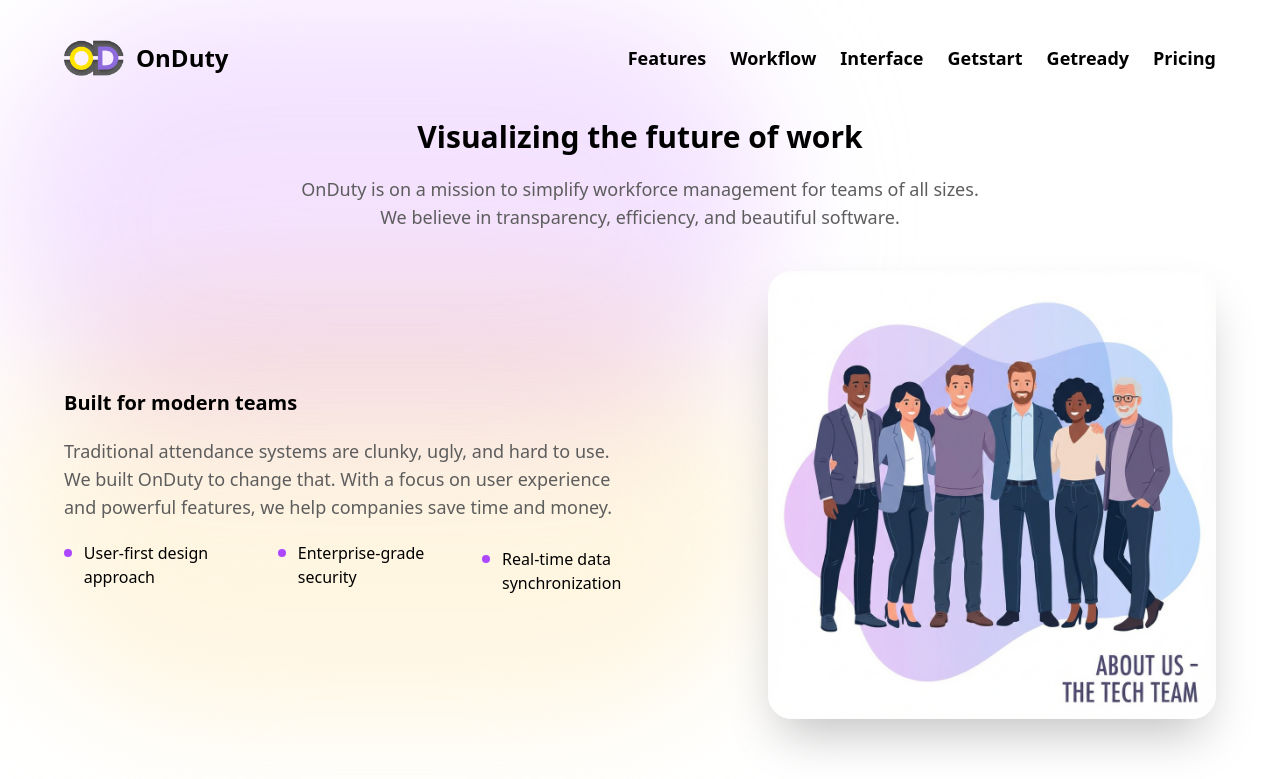
Repository: shekharzorin/ONDUTY-V1
Page: /about
An editor plug-in stored every save of this project. The page is shown before and after the next save, followed by the edit.
The browser window is 1280 px wide. The pictures show the whole page.
The project was rebuilt for these pictures with package versions that can differ from the ones it lists, and the page was loaded fresh each time. The framework's server and built-in components were replaced by stand-ins that run in the browser. Also part of the build but not shown: next.config.mjs, vite.config.js, app/components/ui/Crossicon.tsx.

Above is the page before, as saved 2026-01-17 16:13:32.

### app/layout.tsx
import type { Metadata } from "next";
import { Geist, Geist_Mono } from "next/font/google";
import "./globals.css";
import Navbar from "./components/header/Navbar";

const geistSans = Geist({
  variable: "--font-geist-sans",
  subsets: ["latin"],
});

const geistMono = Geist_Mono({
  variable: "--font-geist-mono",
  subsets: ["latin"],
});

export const metadata: Metadata = {
  title: "Create Next App",
  description: "Generated by create next app",
};

export default function RootLayout({
  children,
}: Readonly<{
  children: React.ReactNode;
}>) {
  return (
    <html lang="en">
      <body
        className={`${geistSans.variable} ${geistMono.variable} antialiased`}
      >
        <Navbar />
        {children}
      </body>
    </html>
  );
}

### app/about/page.tsx
import About from '../components/sections/about'

const page = () => {
  return (
    <About/>
  )
}

export default page

### app/globals.css
@import "tailwindcss";

:root {
  --color-primary: #8d6bdc;
  --color-secondary: #e0d4ff;
  --color-bg: #efefef;
  --color-sidebar: #ffffff;
  --color-gray: #5d5d5d;
}

html {
  scroll-behavior: smooth;
}




.flip-card {
  perspective: 1000px;
}

.flip-card-inner {
  transform-style: preserve-3d;
}

.flip-card-front,
.flip-card-back {
  position: absolute;
  width:auto;
  height:auto;
  backface-visibility: hidden;
}

.flip-card-back {
  transform: rotateY(180deg);
}

### app/components/header/Navbar.tsx
"use client";

import Logo from "@/public/images/od_logo.png";
import Image from "next/image";
import Link from "next/link";
import { usePathname } from "next/navigation";
import { useEffect, useState } from "react";
import { MdMenu } from "react-icons/md";
import { motion, AnimatePresence } from "framer-motion";
import { useRouter } from "next/navigation";
import Crossicon from "../ui/Crossicon";

export const navLinks = [
  { name: "Features", id: "features" },
  { name: "Workflow", id: "workflow" },
  { name: "Interface", id: "interface" },
  { name: "Getstart", id: "getstart" },
  { name: "Getready", id: "getready" },
  { name: "Pricing", path: "/pricing/" },
];

const Navbar = () => {
  const pathname = usePathname();
  const [isScrolled, setIsScrolled] = useState(false);
  const [isNavOpen, setIsNavOpen] = useState(false);
  const router = useRouter();
  const [activeSection, setActiveSection] = useState<string | null>(null);

  const handleScrollNav = (id: string) => {
    setActiveSection(id);
    router.push(`/#${id}`);
  };

  useEffect(() => {
    if (pathname !== "/") {
      setActiveSection(null);
    }
  }, [pathname]);

  useEffect(() => {
    if (pathname !== "/") return;
    const hash = window.location.hash.replace("#", "");
    if (hash) {
      setActiveSection(hash);
    } else {
      setActiveSection("features");
    }
  }, [pathname]);

  useEffect(() => {
    const handleScroll = () => setIsScrolled(window.scrollY > 20);
    window.addEventListener("scroll", handleScroll);
    return () => window.removeEventListener("scroll", handleScroll);
  }, []);

  useEffect(() => {
    if (isNavOpen) {
      document.body.style.overflow = "hidden";
    } else {
      document.body.style.overflow = "";
    }
    return () => {
      document.body.style.overflow = "";
    };
  }, [isNavOpen]);

  useEffect(() => {
    if (pathname !== "/") return;

    const sections = [
      "features",
      "workflow",
      "interface",
      "getready",
      "getstart",
    ];
    let locked = true;

    const unlock = () => (locked = false);
    window.addEventListener("scroll", unlock, { once: true });

    const observer = new IntersectionObserver(
      (entries) => {
        if (locked) return;

        entries.forEach((entry) => {
          if (entry.isIntersecting) {
            const id = entry.target.id;

            // 1️⃣ Update active state
            setActiveSection(id);

            // 2️⃣ Update URL hash WITHOUT navigation
            router.replace(`/#${id}`, { scroll: false });
          }
        });
      },
      {
        rootMargin: "-45% 0px -45% 0px",
        threshold: 0,
      }
    );

    sections.forEach((id) => {
      const el = document.getElementById(id);
      if (el) observer.observe(el);
    });

    return () => observer.disconnect();
  }, [pathname, router]);

  return (
    <header
      className={`fixed top-0 left-0 right-0 z-50 border-b transition-all ${
        isScrolled
          ? "bg-transparent backdrop-blur-md border-white shadow-lg py-0"
          : "bg-transparent border-transparent py-5"
      }`}
    >
      <div className="mx-auto w-full px-4 sm:px-6 md:px-8 lg:px-12 xl:px-16 2xl:px-24 max-w-384 py-2 flex items-center justify-between">
        <div className="flex gap-2 lg:gap-3 items-center">
          <Image
            src={Logo}
            alt="Onduty Logo"
            height={60}
            width={60}
            className="flex h-10 w-10 md:h-12 md:w-12 lg:h-15 lg:w-15"
          />
          <h1 className="text-2xl lg:text-2xl font-bold">OnDuty</h1>
        </div>

        {/* Desktop Navbar */}
        <nav className="hidden lg:flex gap-6">
          {navLinks.map((item) => {
            // SCROLL ITEM
            if (item.id) {
              return (
                <button
                  key={item.id}
                  onClick={() => handleScrollNav(item.id)}
                  className={`relative lg:font-semibold xl:font-bold text-lg transition-colors duration-300
                    after:absolute after:left-0 after:-bottom-1 after:h-1
                    after:rounded-full after:bg-(--color-primary)
                    after:transition-all after:duration-300
                    ${
                      activeSection === item.id && pathname === "/"
                        ? "text-(--color-primary)"
                        : "after:w-0 hover:after:w-full"
                    }
                  `}
                >
                  {item.name}
                </button>
              );
            }

            // ROUTE ITEM
            const isActive = pathname === item.path;

            return (
              <Link
                key={item.path}
                href={item.path!}
                className={`relative lg:font-semibold xl:font-bold text-lg transition-colors duration-300
                  after:absolute after:left-0 after:-bottom-1 after:h-1
                  after:rounded-full after:bg-(--color-primary)
                  after:transition-all after:duration-300
                  ${
                    isActive
                      ? "text-(--color-primary)"
                      : "after:w-0 hover:after:w-full"
                  }
                `}
              >
                {item.name}
              </Link>
            );
          })}
        </nav>

        <div className="lg:hidden gap-3">
          <div
            onClick={() => setIsNavOpen(true)}
            className="flex p-1 lg:hidden bg-(--color-secondary) rounded-full border-white border justify-center items-center"
          >
            <MdMenu size={28} className="opacity-10 animate-pulse" />
          </div>

          <AnimatePresence>
            {isNavOpen && (
              <motion.div
                className="fixed inset-0 backdrop-blur-sm bg-black/30 flex justify-end h-screen"
                initial={{ opacity: 0 }}
                animate={{ opacity: 1 }}
                exit={{ opacity: 1 }}
                transition={{ duration: 0.6 }}
              >
                {/* Drawer */}
                <motion.div
                  className="relative w-[70%] md:w-[60%] bg-(--color-sidebar) h-full flex items-center"
                  initial={{ x: "100%" }}
                  animate={{ x: 0 }}
                  exit={{ x: "100%" }}
                  onClick={(e: any) => e.stopPropagation()}
                  transition={{
                    duration: 0.35,
                    ease: "easeInOut",
                  }}
                >
                  {/* Close button */}
                  <div className="flex absolute top-7.25 right-4 md:right-8 lg:hidden z-20 ">
                    <Crossicon onClick={() => setIsNavOpen(false)} />
                  </div>

                  {/* Mobile Navbar */}
                  <nav className="flex flex-col gap-10 p-10 mt-10 w-full">
                    {navLinks.map((item) => {
                      if (item.id) {
                        return (
                          <button
                            key={item.id}
                            onClick={() => {
                              handleScrollNav(item.id);
                              setIsNavOpen(false);
                            }}
                            className={`py-2 w-full relative text-lg font-semibold md:font-bold text-left transition-colors
                              ${
                                activeSection === item.id && pathname === "/"
                                  ? "text-(--color-primary)"
                                  : "text-black/80 hover:text-(--color-primary)"
                              }
                            `}
                          >
                            {item.name}
                          </button>
                        );
                      }

                      const isActive = pathname === item.path;

                      return (
                        <Link
                          key={item.path}
                          href={item.path!}
                          onClick={() => setIsNavOpen(false)}
                          className={`relative text-lg font-semibold md:font-bold py-2
                            ${isActive ? "text-(--color-primary)" : ""}
                          `}
                        >
                          {item.name}
                        </Link>
                      );
                    })}
                  </nav>
                </motion.div>
              </motion.div>
            )}
          </AnimatePresence>
        </div>
      </div>
    </header>
  );
};

export default Navbar;

### app/components/sections/about.tsx
import team from "@/public/images/team.png";
import Image from "next/image";

const About = () => {
  return (
    <section className="relative px-4 sm:px-6 md:px-8 lg:px-12 xl:px-16 2xl:px-24 max-w-384 mx-auto">
      {/* Background flare */}
      <div className="absolute top-0 left-1/2 -translate-x-1/2 w-full h-full max-w-7xl pointer-events-none -z-10">
        <div className="absolute top-0 w-[60%] h-[60%] bg-[#eccfff] rounded-full blur-3xl opacity-60 mix-blend-multiply filter" />
        <div className="absolute bottom-0 w-[60%] h-[60%] bg-[#fff0cd] rounded-full blur-3xl opacity-60 mix-blend-multiply filter" />
      </div>
      <div className="flex flex-col gap-10 mb-15">
        <div className="flex flex-col items-center justify-center mt-30 text-center gap-5">
          <p className="text-2xl lg:text-3xl font-bold leading-[1.15]">
            Visualizing the future of work
          </p>
          <p className="md:text-lg text-(--color-gray)">
            OnDuty is on a mission to simplify workforce management for teams of
            all sizes. <br />
            We believe in transparency, efficiency, and beautiful software.
          </p>
        </div>

        <div className="flex flex-col lg:flex-row items-center justify-center lg:justify-between gap-10">
          <div className="flex flex-col gap-5 text-center lg:text-start">
            <p className="font-bold text-xl">Built for modern teams</p>

            <p className="text-balance md:text-lg text-(--color-gray)">
              Traditional attendance systems are clunky, ugly, and hard to use.
              We built OnDuty to change that. With a focus on user experience
              and powerful features, we help companies save time and money.
            </p>

            <ul className="space-y-3 flex items-center justify-center">
              <li className="flex items-start gap-3">
                <span className="mt-2 w-2 h-2 rounded-full bg-purple-500"></span>
                <span>User-first design approach</span>
              </li>

              <li className="flex items-start gap-3">
                <span className="mt-2 w-2 h-2 rounded-full bg-purple-500"></span>
                <span>Enterprise-grade security</span>
              </li>

              <li className="flex items-start gap-3">
                <span className="mt-2 w-2 h-2 rounded-full bg-purple-500"></span>
                <span>Real-time data synchronization</span>
              </li>
            </ul>
          </div>

          <Image
            src={team}
            alt="Team Image"
            height={300}
            width={300}
            className="relative rounded-3xl shadow-2xl md:w-sm xl:w-md"
          />
        </div>
      </div>
    </section>
  );
};

export default About;

After the next save:
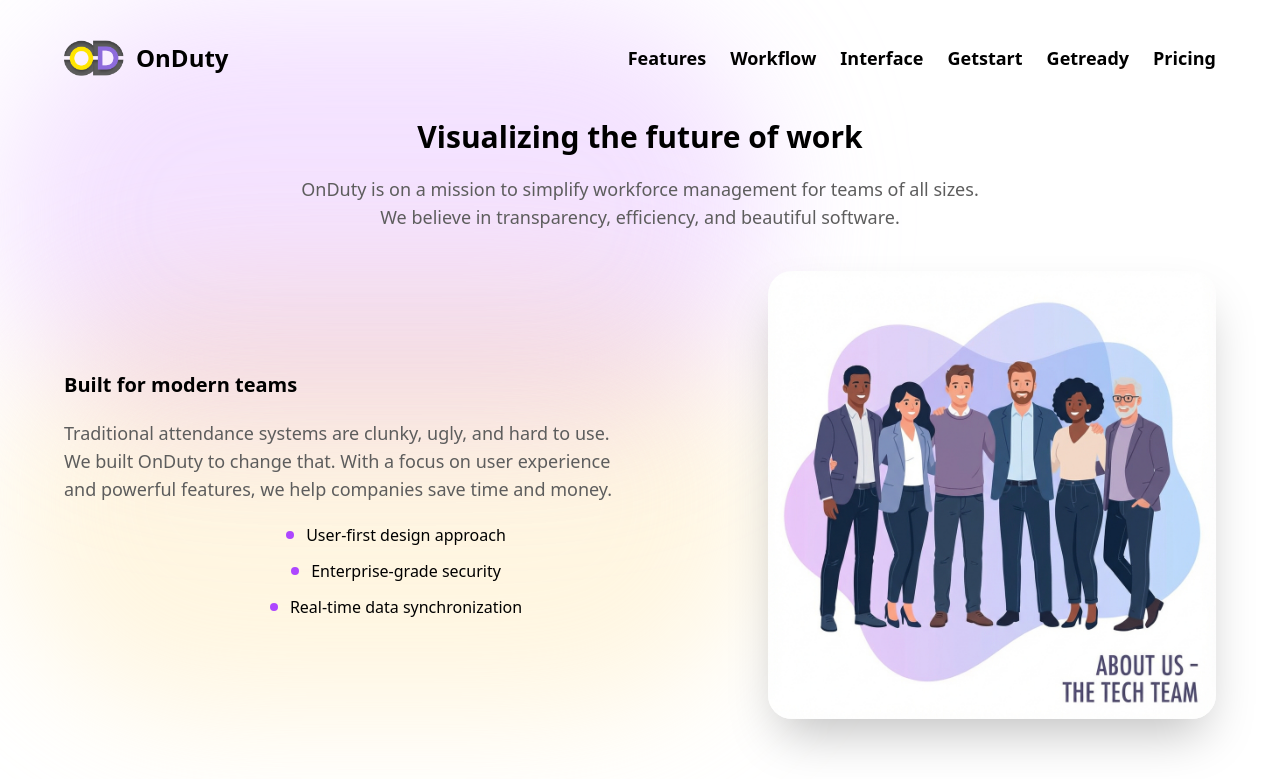
Saved 34 s later.
--- a/app/components/sections/about.tsx
+++ b/app/components/sections/about.tsx
@@ -31,7 +31,7 @@ const About = () => {
               and powerful features, we help companies save time and money.
             </p>
 
-            <ul className="space-y-3 flex items-center justify-center">
+            <ul className="space-y-3 flex flex-col items-center justify-center">
               <li className="flex items-start gap-3">
                 <span className="mt-2 w-2 h-2 rounded-full bg-purple-500"></span>
                 <span>User-first design approach</span>
